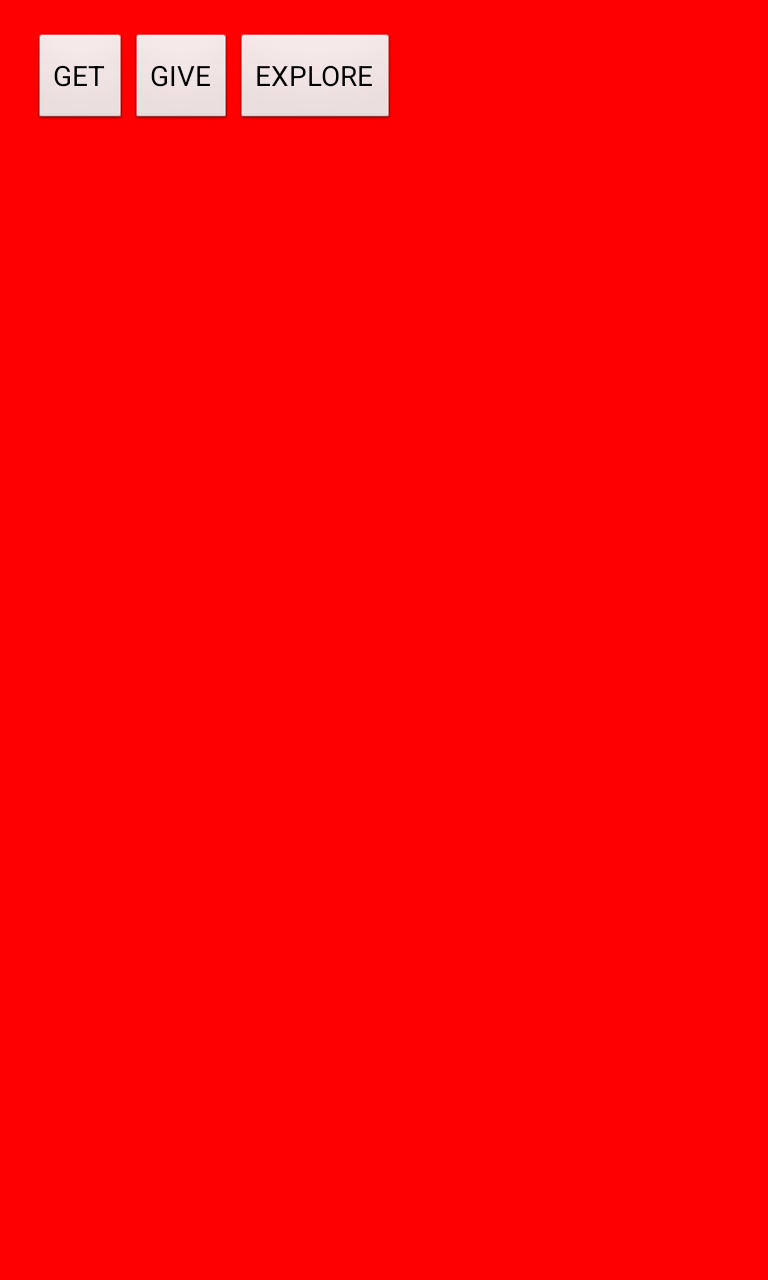
Repository: stephalee/challenge
Layout: WhyNot/res/layout/activity_main.xml
An editor plug-in stored every save of this project. The layout is shown before and after the next save, followed by the edit.
It is drawn on a 768 x 1280 px phone screen (xhdpi) without system bars, with theme MyTheme; the app's code is not run.

Above is the layout before, as saved 2014-02-08 17:41:21.

### WhyNot/res/layout/activity_main.xml
<LinearLayout xmlns:android="http://schemas.android.com/apk/res/android"
    xmlns:tools="http://schemas.android.com/tools"
    android:layout_width="match_parent"
    android:layout_height="match_parent"
    android:paddingBottom="@dimen/activity_vertical_margin"
    android:paddingLeft="@dimen/activity_horizontal_margin"
    android:paddingRight="@dimen/activity_horizontal_margin"
    android:paddingTop="@dimen/activity_vertical_margin"
    tools:context=".MainActivity" >

<!--     Button to get a challenge -->
       <Button
        android:id="@+id/button_get"
        android:layout_width="wrap_content"
        android:layout_height="wrap_content"
        android:text="@string/get"
        android:onClick="go_Get" />

<!--        Button to give a challenge -->
       <Button
        android:id="@+id/button_give"
        android:layout_width="wrap_content"
        android:layout_height="wrap_content"
        android:text="@string/give"
        android:onClick="go_Give" />

<!--        Button to Explore Challenges -->
       <Button
        android:id="@+id/button_explore"
        android:layout_width="wrap_content"
        android:layout_height="wrap_content"
        android:text="@string/explore"
        android:onClick="go_Explore" />

</LinearLayout>

### WhyNot/res/values/styles.xml
<resources>

    <!--
        Base application theme, dependent on API level. This theme is replaced
        by AppBaseTheme from res/values-vXX/styles.xml on newer devices.
    -->
    <style name="AppBaseTheme" parent="android:Theme.Light">
        <!--
            Theme customizations available in newer API levels can go in
            res/values-vXX/styles.xml, while customizations related to
            backward-compatibility can go here.
        -->
    </style>


    <style name="AppTheme" parent="AppBaseTheme">
        <!-- All customizations that are NOT specific to a particular API-level can go here. -->
    </style>


    <!-- Custom styles. -->
	<style name="MyTheme" parent="android:Theme">
        <item name="android:background">#FF0000</item>
    </style>

    <!-- <style name="FirstTheme" >
        <item name="android:background">#FF0000</item>
    </style>
    <style name="SecondTheme" >
        <item name="android:background">#00FF00</item>
    </style>
    <style name="ThirdTheme" >
        <item name="android:background">#0000F0</item>
    </style> -->

</resources>

### WhyNot/res/values/strings.xml
<?xml version="1.0" encoding="utf-8"?>
<resources>

    <string name="app_name">WhyNot</string>
    <string name="action_settings">Settings</string>
    <string name="get">GET</string>
    <string name="give">GIVE</string>
    <string name="explore">EXPLORE</string>
    <string name="title_activity_display_get">DisplayGetActivity</string>
    <string name="hello_world">Hello world!</string>
    <string name="title_activity_display_give">DisplayGiveActivity</string>
    <string name="title_activity_display_create">DisplayCreateActivity</string>
    <string name="challenge">Pull From Database!</string>
    <string name="yes">YES</string>
    <string name="no">NO</string>
    <string name="submit">SUBMIT</string>
    <string name="submission">Enter Challenge Here!</string>
    <string name="goback">GO BACK</string>

</resources>

Loaded but not shown: WhyNot/res/values/dimens.xml (common file)

After the next save:
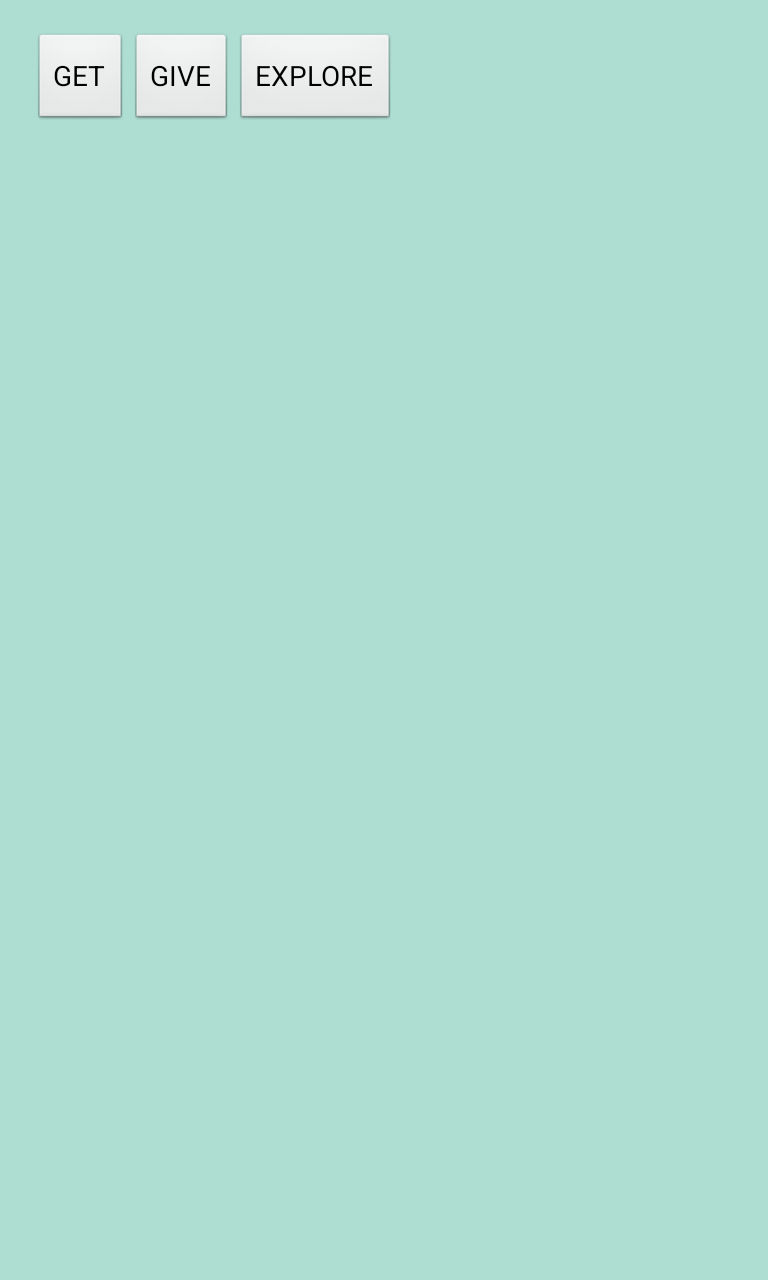
Saved 110 s later.
--- a/WhyNot/res/values/styles.xml
+++ b/WhyNot/res/values/styles.xml
@@ -20,7 +20,7 @@
 
     <!-- Custom styles. -->
 	<style name="MyTheme" parent="android:Theme">
-        <item name="android:background">#FF0000</item>
+        <item name="android:background">#AEDDD2</item>
     </style>
 
     <!-- <style name="FirstTheme" >
